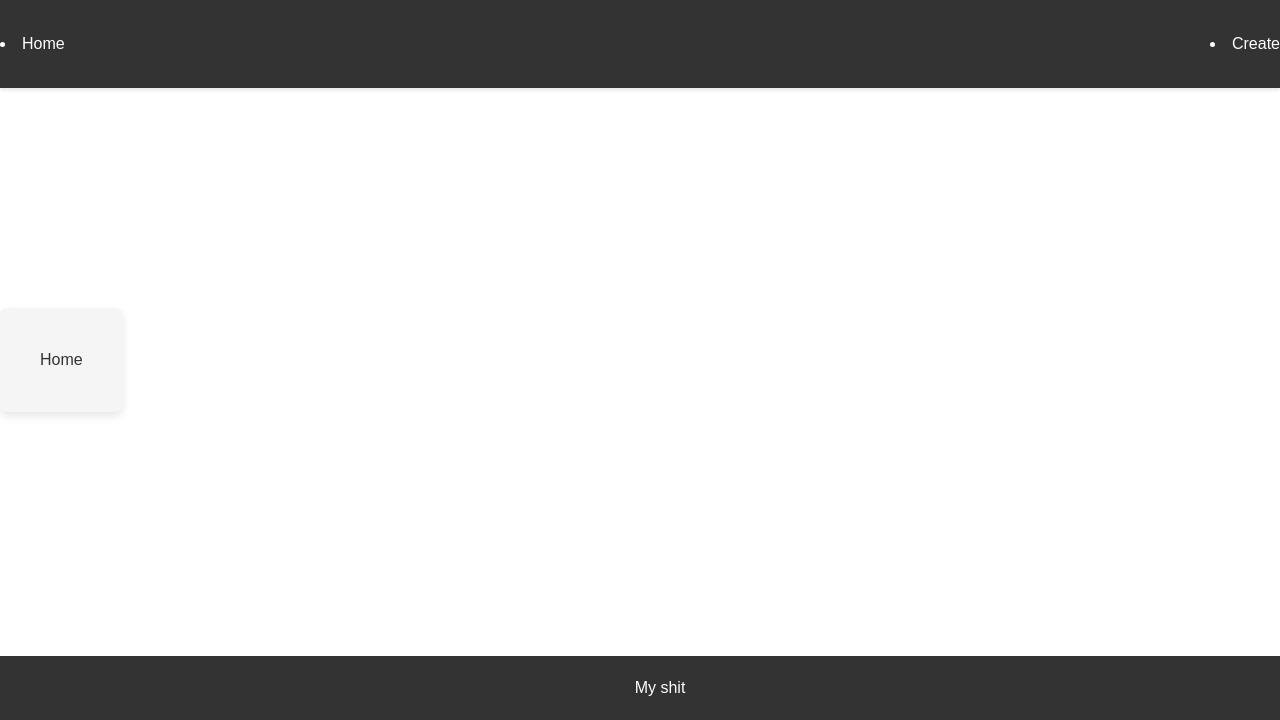
Repository: CarlosFranchN/myReact-supabase
Page: /
An editor plug-in stored every save of this project. The page is shown before and after the next save, followed by the edit.
The browser window is 1280 px wide. The pictures show the whole page.
The project was rebuilt for these pictures with package versions that can differ from the ones it lists, and the page was loaded fresh each time. Also part of the build but not shown: vite.config.js, src/pages/Create/index.jsx.

Above is the page before, as saved 2024-11-14 14:28:19.

### src/App.jsx

import { BrowserRouter, Route, Routes } from 'react-router-dom'
import './App.css'
import { Home } from './pages/Home/Home'
import { Layout } from './components/Layout'
import { Create } from './pages/Create'

function App() {


  return (
    <>
      <BrowserRouter>
        <Routes>
          <Route path='/' element={<Layout/>} >
            <Route index element={<Home/>} />
            <Route path='/create' element={<Create/>} />

          </Route>
        </Routes>
      </BrowserRouter>
    </>
  )
}

export default App

### src/App.css
body {
  display: flex;
  align-items: center;
  height: 100vh;
  margin: 0;
}
section {
  display: grid;
  grid-template-columns: repeat(3, 1fr);
  gap: 10px;
}
section div {
  background-color: #17176b;
  padding: 20px;
  border-radius: 15px;
  margin: 15px;
  color: rgb(255, 255, 255);
}
a {
  text-decoration: none;
  color: rgb(255, 255, 255);
}

### src/pages/Home/Home.jsx
import React from 'react'
import supabase from '../../config/supaBaseClient'


export const Home = () => {
    console.log(supabase)
    return (
    <div>Home</div>
  )
}

### src/components/Layout/index.jsx
import React from 'react'
import { LayoutCabecalho, LayoutFooter, LayoutFooterP, LayoutMain } from './style'
import {Link, Outlet } from 'react-router-dom'
import styled from 'styled-components'

export const Layout = () => {
  return (
    <>
        <nav>
            <LayoutCabecalho>
            <li>
                <Link to={"/"}>Home</Link>
                </li>
                <li>
                <Link to={"/create"}>Create</Link>
                </li>


            </LayoutCabecalho>
        </nav>
        <LayoutMain>
            <Outlet/>
        </LayoutMain>
        <LayoutFooter>
            <LayoutFooterP>My shit</LayoutFooterP>
        </LayoutFooter>
    </>
  )
}

### src/config/supaBaseClient.jsx

import { createClient } from '@supabase/supabase-js'

const supabaseUrl = 'https://ytabyfdnpzqccxsfantj.supabase.co'
const supabaseKey = 'eyJhbGciOiJIUzI1NiIsInR5cCI6IkpXVCJ9.eyJpc3MiOiJzdXBhYmFzZSIsInJlZiI6Inl0YWJ5ZmRucHpxY2N4c2ZhbnRqIiwicm9sZSI6ImFub24iLCJpYXQiOjE3MzE0NjY3MzQsImV4cCI6MjA0NzA0MjczNH0.feVRQBaTaEatsVG9XK4t162-65IogKVRz1hbNMabCec'
const supabase = createClient(supabaseUrl, supabaseKey)

export default supabase

### src/components/Layout/style.jsx
import styled from "styled-components";

export const LayoutCabecalho = styled.header`
  display: flex;
  justify-content: space-between;
  align-items: center;
  width: 100vw;
  background-color: #333;
  color: #fff;
  padding: 2rem 0 ;

  text-align: center;
  font-family: Arial, sans-serif;
  box-shadow: 0 2px 4px rgba(0, 0, 0, 0.1);
  position: absolute;
  top: 0;

`;

export const LayoutFooter = styled.footer`
     background-color: #333; /* Cor de fundo */
    color: #fff; /* Cor do texto */
    text-align: center; /* Centraliza o texto */
    padding: 20px; /* Espaçamento interno */
    position: fixed; /* Fixa o footer na parte inferior da tela */
    width: 100%; /* Ocupa 100% da largura */
    bottom: 0; /* Fica grudado no final da página */
    font-size: 16px; /* Tamanho da fonte */
    font-family: Arial, sans-serif; /* Fonte */
`
export const LayoutFooterP = styled.p`
     margin: 0;

`

export const LayoutMain = styled.main`
background-color: #f5f5f5;
padding: 40px;
margin: 20px auto;
max-width: 1200px;
border-radius: 8px;
box-shadow: 0 4px 8px rgba(0, 0, 0, 0.1);
font-family: Arial, sans-serif;
color: #333;
text-align: center;


`

Loaded but not shown: index.html (common file); src/main.jsx (common file); src/index.css (common file)

After the next save:
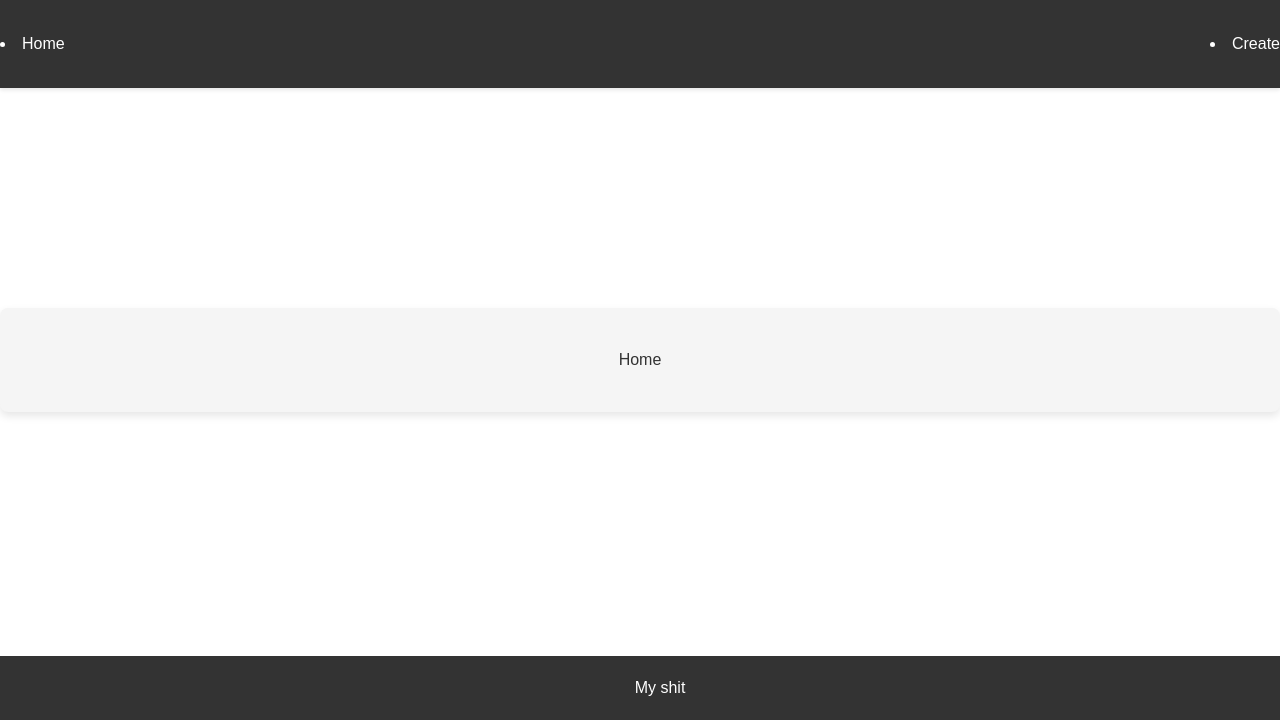
Saved 46 s later.
--- a/src/App.css
+++ b/src/App.css
@@ -20,3 +20,6 @@ a {
   text-decoration: none;
   color: rgb(255, 255, 255);
 }
+#root{
+  width: 100vw;
+}
